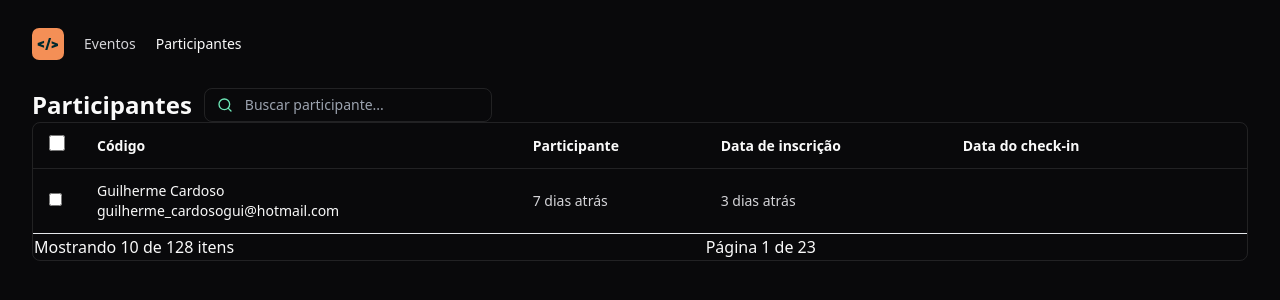
Repository: guilhermecardoso93/nlw-unite-react-2024
Page: /
The author's editor kept a copy of each file at every save. The page is drawn from the files as they stood at one save, then again after the next save.
The browser window is 1280 px wide. The pictures show the whole page.
The project was rebuilt for these pictures with package versions that can differ from the ones it lists, and the page was loaded fresh each time. Also part of the build but not shown: vite.config.ts.

Above is the page before, as saved 2024-04-01 21:52:14.

After the next save:
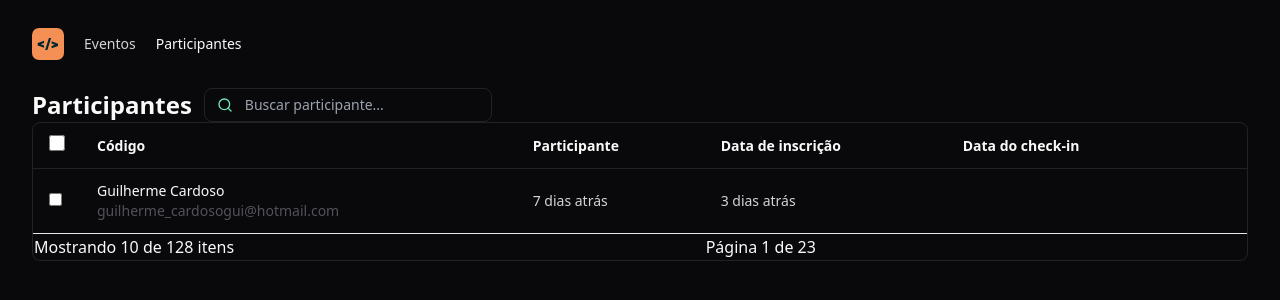
Saved 20 s later.
--- a/src/components/attendee-list.tsx
+++ b/src/components/attendee-list.tsx
@@ -55,7 +55,7 @@ export function AttendeeList() {
               <td className="py-3 px-4 text-sm">
                 <div className="flex flex-col ga-1">
                   <span>Guilherme Cardoso</span>
-                  <span>guilherme_cardosogui@hotmail.com</span>
+                  <span className='text-zinc-600'>guilherme_cardosogui@hotmail.com</span>
                 </div>
               </td>
               <td className="py-3 px-4 text-sm text-zinc-300">7 dias atrás</td>
